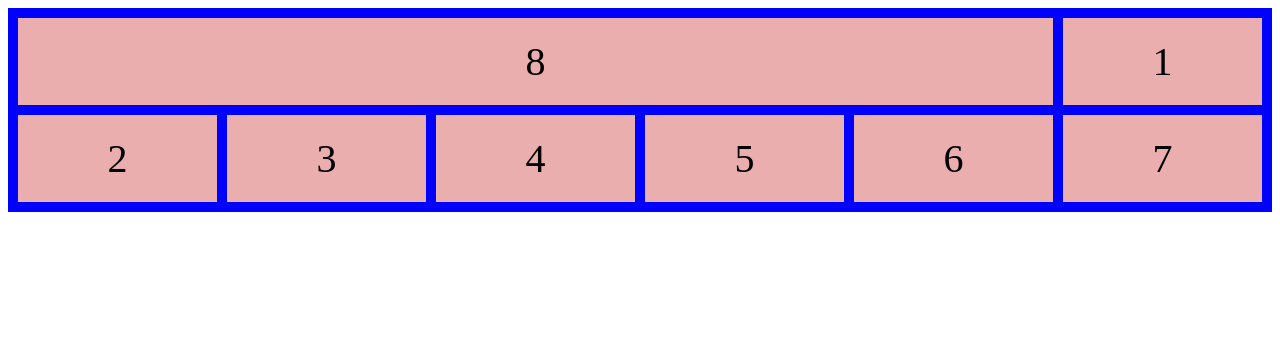
Repository: Thonghehe/Lab2_Web106
Page: Buoi2/index24.html
An editor plug-in stored every save of this project. The page is shown before and after the next save, followed by the edit.
The browser window is 1280 px wide. The pictures show the whole page.

Above is the page before, as saved 2024-03-09 17:18:26.

After the next save:
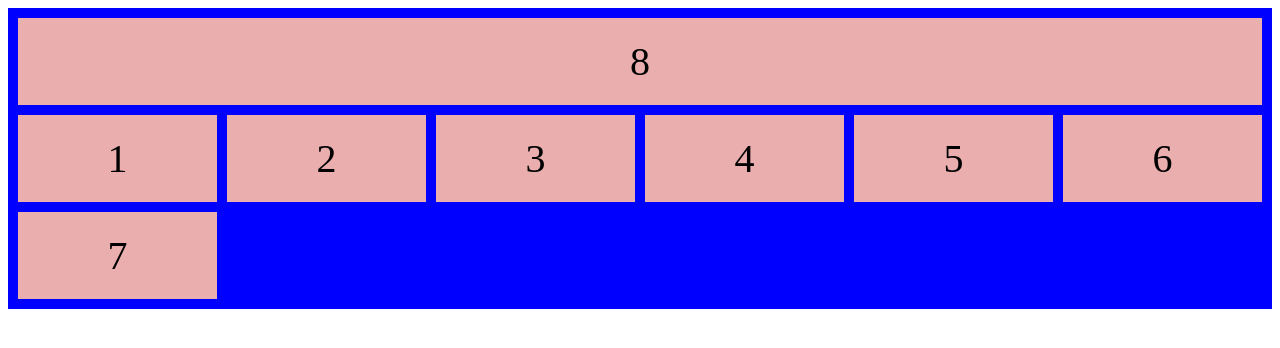
Saved 5 s later.
--- a/Buoi2/index24.html
+++ b/Buoi2/index24.html
@@ -22,7 +22,7 @@
         }
 
         .item8 {
-            grid-area: 1 / 1 / 2 / 6;
+            grid-area: 1 / 1 / 2 / 7;
         }
     </style>
 </head>
